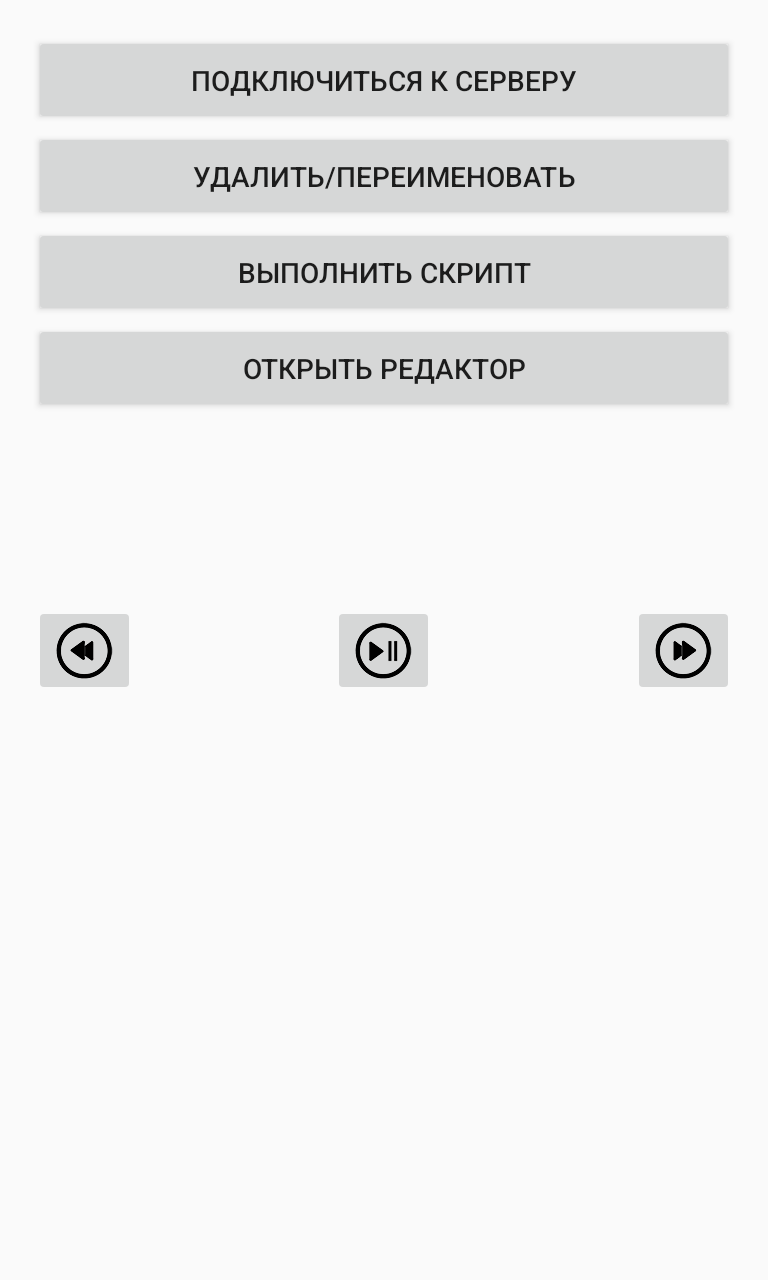
Repository: Laboratory711/Nightjar
Layout: android/Nightjar/workspace/Nightjar/res/layout/fragment_lab1.xml
The author's editor kept a copy of each file at every save. The layout is drawn from the files as they stood at one save, then again after the next save.
It is drawn on a 768 x 1280 px phone screen (xhdpi) without system bars, with theme AppTheme; the app's code is not run.

Above is the layout before, as saved 2014-03-30 02:33:52.

### android/Nightjar/workspace/Nightjar/res/layout/fragment_lab1.xml
<RelativeLayout xmlns:android="http://schemas.android.com/apk/res/android"
    xmlns:tools="http://schemas.android.com/tools"
    android:layout_width="match_parent"
    android:layout_height="match_parent"
    android:paddingBottom="@dimen/activity_vertical_margin"
    android:paddingLeft="@dimen/activity_horizontal_margin"
    android:paddingRight="@dimen/activity_horizontal_margin"
    android:paddingTop="@dimen/activity_vertical_margin"
    tools:context="ru.vint.labsoo.Lab1$PlaceholderFragment" >

    <Button
        android:id="@+id/button1"
        android:layout_width="wrap_content"
        android:layout_height="wrap_content"
        android:layout_alignParentLeft="true"
        android:layout_alignParentRight="true"
        android:layout_alignParentTop="true"
        android:onClick="onClickButtom1"
        android:text="@string/text_buttom_Name" />

    <ImageButton
        android:id="@+id/imageButton2"
        android:layout_width="wrap_content"
        android:layout_height="wrap_content"
        android:layout_alignTop="@+id/imageButton3"
        android:layout_centerHorizontal="true"
        android:onClick="onClickPlayer"
        android:src="@drawable/play"
        android:visibility="visible" />

    <ImageButton
        android:id="@+id/imageButton1"
        android:layout_width="wrap_content"
        android:layout_height="wrap_content"
        android:layout_alignLeft="@+id/button4"
        android:layout_alignTop="@+id/imageButton2"
        android:onClick="onClickPlayer"
        android:src="@drawable/prev"
        android:visibility="visible" />

    <ImageButton
        android:id="@+id/imageButton3"
        android:layout_width="wrap_content"
        android:layout_height="wrap_content"
        android:layout_alignRight="@+id/button4"
        android:layout_below="@+id/button4"
        android:layout_marginTop="93dp"
        android:onClick="onClickPlayer"
        android:src="@drawable/next"
        android:visibility="visible" />

    <Button
        android:id="@+id/button3"
        android:layout_width="wrap_content"
        android:layout_height="wrap_content"
        android:layout_alignLeft="@+id/button1"
        android:layout_alignRight="@+id/button1"
        android:layout_below="@+id/button1"
        android:onClick="onClickDel"
        android:text="@string/text_buttom_del_Name" />

    <Button
        android:id="@+id/button2"
        android:layout_width="wrap_content"
        android:layout_height="wrap_content"
        android:layout_alignLeft="@+id/button3"
        android:layout_alignRight="@+id/button3"
        android:layout_below="@+id/button3"
        android:onClick="onClickBL"
        android:text="@string/text_buttom2_Name"
        android:visibility="visible" />

    <Button
        android:id="@+id/button4"
        android:layout_width="wrap_content"
        android:layout_height="wrap_content"
        android:layout_alignLeft="@+id/button2"
        android:layout_alignRight="@+id/button2"
        android:layout_below="@+id/button2"
        android:onClick="onClicNP"
        android:text="@string/text_buttom4_Name"
        android:visibility="visible" />

</RelativeLayout>

### android/Nightjar/workspace/Nightjar/res/values/strings.xml
<?xml version="1.0" encoding="utf-8"?>
<resources xmlns:android="http://schemas.android.com/apk/res/android">

    <string android:id="@+id/string5" name="text_about" android:layout_width="wrap_content" android:layout_height="wrap_content">
        \n
        \t\tДанное приложение не функцианирует без серверной части.\n
        \n\t\t<b>Для установки соединения с сервером перейдите в раздел настройки и установите IP адрес сервера и порт(если на сервере используеться порт отличный от настроек по умолчанию).</b>\n\n
        \t\tПриложение управляет некоторыми возможностями компьютера с помощью скриптового языка AutoIT.\n
        \t\tБолее полную информацию о настройках и возможностях приложения можно посмотреть в документации к серверной части.\n
        \t\tПриложение написано группой студентов.\n
        \t\t\t\tКувшинов Иван\n
        \t\t\t\tАбаев Азамат\n
        \t\t\t\tКремнева Анастасия\n
        \t\t\t\tКузнецова Полина\n
        \t\t\t\tДимеденко Ольга\n
        \t\t\t\tИванова Анастасия\n
        \n
        \t\tИспользовать данную версию приложение можно совершенно безвозмездно. =)\n
	</string>
    <string name="app_name">Nightjar</string>
    <string name="action_settings">Настройки</string>
    <string name="action_about">О программе</string>
    <string android:id="@+id/string1" name="text_IP" android:layout_width="wrap_content" android:layout_height="wrap_content">IP Адрес сервера</string>
    <string android:id="@+id/string2" name="text_Port" android:layout_width="wrap_content" android:layout_height="wrap_content">Адрес порта</string>
    <string android:id="@+id/string3" name="text_buttom_Name" android:layout_width="wrap_content" android:layout_height="wrap_content">Подключиться к серверу</string>
    <string android:id="@+id/string4" name="TV_text" android:layout_width="wrap_content" android:layout_height="wrap_content"></string>
    <string android:id="@+id/string6" name="text_buttom2_Name" android:layout_width="wrap_content" android:layout_height="wrap_content">Выполнить скрипт</string>
    <string android:id="@+id/string10" name="text_buttom_del_Name" android:layout_width="wrap_content" android:layout_height="wrap_content">Удалить/Переименовать</string>
    <string android:id="@+id/string8" name="text_buttom4_Name" android:layout_width="wrap_content" android:layout_height="wrap_content">Открыть редактор</string>
    <string android:id="@+id/string9" name="text_List" android:layout_width="wrap_content" android:layout_height="wrap_content">Выбирите скрипт</string>
    <string name="pref_IP">IP_adres</string>
    <string name="pref_App">App</string>
    <string name="pref_Port">Prot</string>
    <string name="title_activity_list">List</string>
    <string name="about_title">О программе</string>
    <string name="title_activity_notepad">Notepad</string>

</resources>

Loaded but not shown: android/Nightjar/workspace/Nightjar/res/values/styles.xml (common file); android/Nightjar/workspace/Nightjar/res/values-v11/styles.xml (common file); android/Nightjar/workspace/Nightjar/res/values-v14/styles.xml (common file); android/Nightjar/workspace/Nightjar/res/values/dimens.xml (common file); android/Nightjar/workspace/Nightjar/res/values-w820dp/dimens.xml (common file)

After the next save:
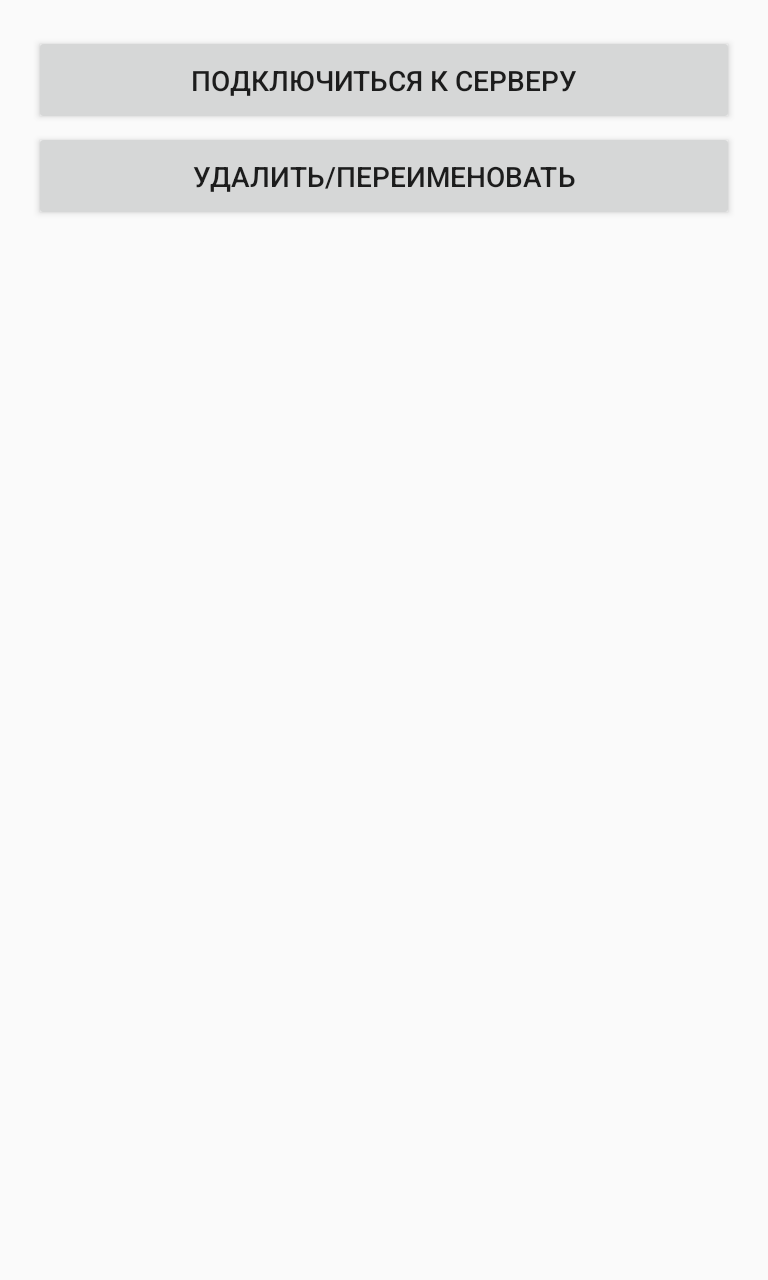
Saved 61 s later.
--- a/android/Nightjar/workspace/Nightjar/res/layout/fragment_lab1.xml
+++ b/android/Nightjar/workspace/Nightjar/res/layout/fragment_lab1.xml
@@ -26,7 +26,7 @@
         android:layout_centerHorizontal="true"
         android:onClick="onClickPlayer"
         android:src="@drawable/play"
-        android:visibility="visible" />
+        android:visibility="invisible" />
 
     <ImageButton
         android:id="@+id/imageButton1"
@@ -36,7 +36,7 @@
         android:layout_alignTop="@+id/imageButton2"
         android:onClick="onClickPlayer"
         android:src="@drawable/prev"
-        android:visibility="visible" />
+        android:visibility="invisible" />
 
     <ImageButton
         android:id="@+id/imageButton3"
@@ -47,7 +47,7 @@
         android:layout_marginTop="93dp"
         android:onClick="onClickPlayer"
         android:src="@drawable/next"
-        android:visibility="visible" />
+        android:visibility="invisible" />
 
     <Button
         android:id="@+id/button3"
@@ -68,7 +68,7 @@
         android:layout_below="@+id/button3"
         android:onClick="onClickBL"
         android:text="@string/text_buttom2_Name"
-        android:visibility="visible" />
+        android:visibility="invisible" />
 
     <Button
         android:id="@+id/button4"
@@ -79,6 +79,6 @@
         android:layout_below="@+id/button2"
         android:onClick="onClicNP"
         android:text="@string/text_buttom4_Name"
-        android:visibility="visible" />
+        android:visibility="invisible" />
 
 </RelativeLayout>
